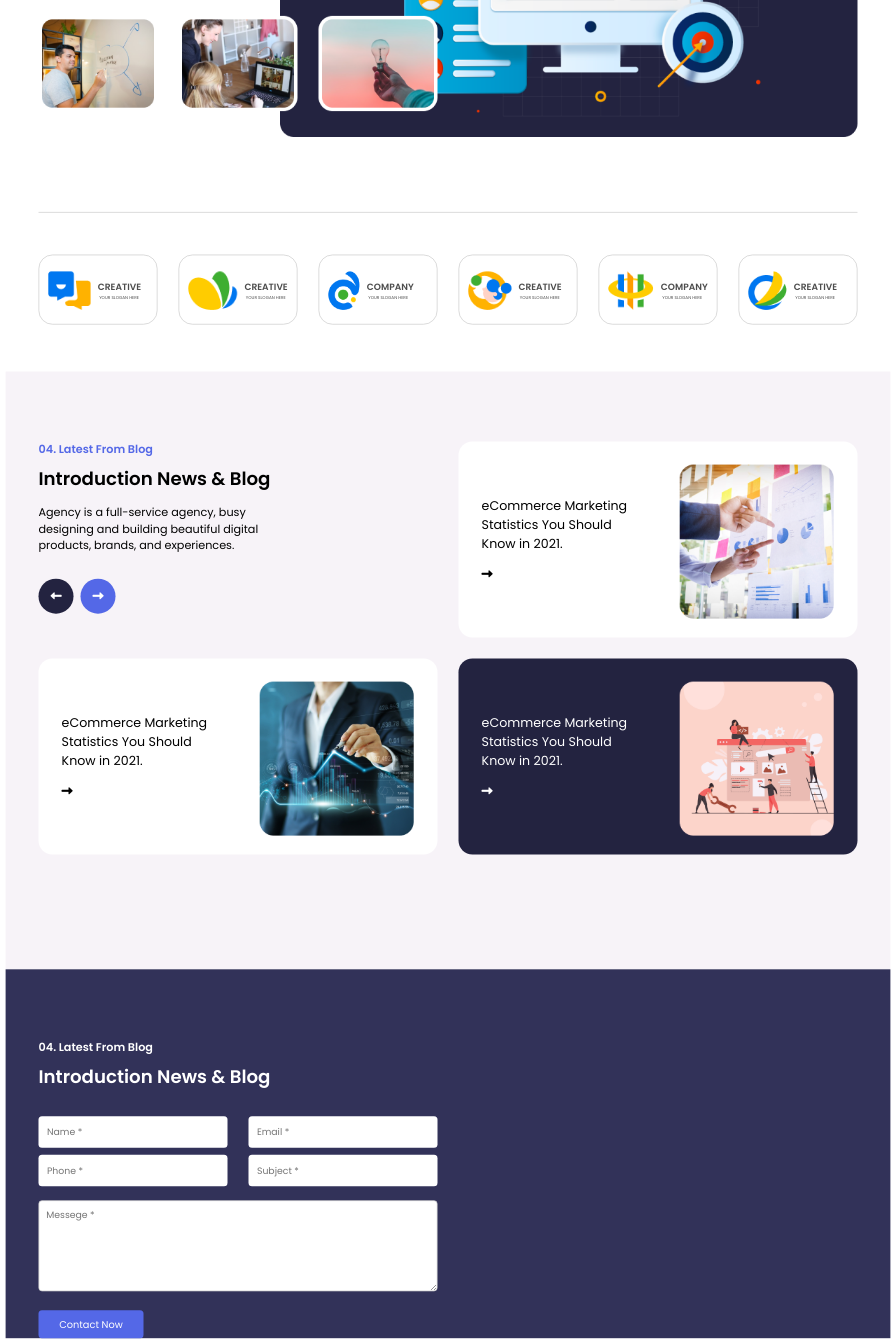
Repository: tranchi0120/LangdingPage-Htmlcss-Ago
Page: index.html
These files come from the project's save history. The page is drawn as it stood at one moment and after the next save; the edit follows.
The browser window is 1280 px wide. The pictures show the part of the page from y = 2964 to 4884 px (the page is 4884 px tall), at 70% of full size.
Some web libraries are served in a nearby version. The style sheet was rebuilt from its Sass, Less or Tailwind sources for each picture, by a compiler version that may differ from the author's.

Above is the page before, as saved 2022-07-15 10:34:12.

### index.html
<!DOCTYPE html>
<html lang="en">

<head>
    <meta charset="UTF-8" />
    <meta http-equiv="X-UA-Compatible" content="IE=edge" />
    <meta name="viewport" content="width=device-width, initial-scale=1.0" />
    <title>Ago</title>
    <!-- css -->
    <link rel="stylesheet" href="./css/app.css" />
    <!-- google font  -->
    <link rel="preconnect" href="https://fonts.googleapis.com" />
    <link rel="preconnect" href="https://fonts.gstatic.com" crossorigin />
    <link href="https://fonts.googleapis.com/css2?family=Poppins:wght@400;600&display=swap" rel="stylesheet" />
    <!-- google icon awaresome -->
    <link rel="stylesheet" href="https://cdnjs.cloudflare.com/ajax/libs/font-awesome/6.1.1/css/all.min.css">
    <!-- sass ./sass/app.scss ./css/app.css --watch -->
</head>

<body>
    <header class="header">
        <div class="header-top container">
            <span class="header-top-title">
                Welcome to Ago! Building Creative Business Agency
            </span>
            <div class="header-top-right">
                <div class="header-login">
                    <i class="fa-solid fa-user"></i>
                    <a href="#!" style="color:#666666">Login</a>
                </div>
                <div class="header-nation">
                    <i class="fa-solid fa-globe"></i>
                    <span class="header-language">English</span>
                    <i class="fa-solid fa-angle-down"></i>
                </div>
            </div>
        </div>
        <div class="header-line">
        </div>
        <div class="header-under container">
            <div class="header-under-logo">
                <div class="header-under-image">
                    <img class="header-under-img" src="./images/logo.png" alt="#">
                </div>
                <span class="header-under-name">Ago</span>
            </div>
            <div class="header-menu">
                <ul class="menu">
                    <li class="menu-item">
                        <a href="#" class="menu-link">Home</a>
                    </li>
                    <li class="menu-item">
                        <a href="#" class="menu-link">Features</a>
                        <i class="fa-solid fa-angle-down"></i>
                    </li>
                    <li class="menu-item">
                        <a href="#" class="menu-link">Services</a>
                    </li>
                    <li class="menu-item">
                        <a href="#" class="menu-link">Pages</a>
                    </li>
                    <li class="menu-item">
                        <a href="#" class="menu-link">Blog</a>
                    </li>
                    <li class="menu-item">
                        <a href="#" class="menu-link">Support</a>
                    </li>
                </ul>
                <div class="menu-button">
                    <i class="fa-solid fa-magnifying-glass menu-icon"></i>
                    <div class="button">Contact Us</div>
                </div>
            </div>
        </div>
    </header>
    <main>
        <section class="hero">
            <div class="container">
                <div class="hero-main">
                    <div class="hero-left">
                        <div class="hero-title">
                            Trusted Professional Service.
                        </div>
                        <span class="hero-content">
                            Ago is a full-service agency, busy designing and building beautiful digital products,
                            brands, and
                            experiences.
                        </span>
                        <div class="hero-button">
                            <div class="button">Recent Work</div>
                        </div>
                        <div class="hero-down">
                            <div class="hero-icondown">
                                <i style="color:#ffffff ;" class="fa-solid fa-arrow-down"></i>
                            </div>
                            <p class="hero-scroll">
                                Scroll Down
                            </p>
                        </div>
                    </div>
                    <div class="hero-right">
                        <img src="./images/hero.png" alt="#">
                    </div>
                </div>
            </div>
        </section>
        <section class="about">
            <div class="container">
                <div class="about-main">
                    <div class="about-images">
                        <img src="./images/about1.png" alt="#" class="about-img1">
                        <img src="./images/about2.png" alt="#" class="about-img2">
                        <img src="./images/about3.png" alt="#" class="about-img3">
                    </div>
                    <div class="about-us">
                        <h5 class="about-number">
                            01. About Us
                        </h5>
                        <div class="about-title">
                            We Make Designs that Lead and Inpire.
                        </div>
                        <div class="about-name">
                            A design team building a created
                            marketplace for UI designers.
                        </div>
                        <div class="about-content">
                            2,360 curated design resources to energize your creative workflow. We're a growing family of
                            682,268 designers and makers from around the world
                        </div>
                        <div class="menu-button">
                            <div class="button">Contact Us</div>
                        </div>
                    </div>
                </div>
            </div>
        </section>
        <section class="interactive">
            <div class="container">
                <div class="interactive-main">
                    <h5 class="interactive-number">
                        02. What We Do
                    </h5>
                    <div class="interactive-title">
                        <span class="interactive-name">
                            We Make Designs that Lead and Inpire.
                        </span>
                        <i class="fa-solid fa-left-long interactive-iconleft"></i>
                        <i class="fa-solid fa-right-long"></i>
                    </div>
                    <div class="interactive-group">
                        <div class="interactive-box">
                            <div class="row-circle">
                                <img class="row-img" src="./images/row1.png" alt="#">
                                <h2 class="row-number">
                                    26k
                                </h2>
                                <span class="row-title">
                                    Happy Clients
                                </span>
                            </div>
                            <div class="row-circle2">
                                <img class="row-img" src="./images/row2.png" alt="#">
                                <h2 class="row-number2">
                                    76k
                                </h2>
                                <span class="row-title2">
                                    Project Done
                                </span>
                                <span class="row-content2">
                                    Lorem ipsum dolor sit amet, consectetur adipiscing elit. Mauris sapien egestas augue
                                    enim amet scelerisque.
                                </span>
                            </div>
                            <div class="row-circle">
                                <img class="row-img" src="./images/row3.png" alt="#">
                                <h2 class="row-number">
                                    20k
                                </h2>
                                <span class="row-title">
                                    AWARDS WON
                                </span>
                            </div>
                            <div class="row-circle">
                                <img class="row-img" src="./images/row4.png" alt="#">
                                <h2 class="row-number">
                                    20k
                                </h2>
                                <span class="row-title">
                                    DAILY DATA INPUT
                                </span>
                            </div>
                        </div>
                    </div>
                </div>
            </div>
        </section>
        <section class="service">
            <div class="container">
                <h5 class="service-number">
                    03. Our Services
                </h5>
                <div class="service-title">
                    <span class="service-name">
                        Welcome to Our Professional Service
                    </span>
                </div>
                <div class="service-main">
                    <div class="service-left">
                        <h2 class="service-left-title">
                            Professional Website
                            Design Consulting
                        </h2>
                        <p class="service-left-content">
                            Agency is a full-service agency, busy designing and building beautiful digital products,
                            brands, and experiences.
                        </p>
                        <div class="menu-button">
                            <div class="button">View Detail</div>
                        </div>
                        <div class="service-left-images">
                            <img src="./images/service1.png" alt="#" class="service-left-img">
                            <img src="./images/service2.png" alt="#" class="service-left-img">
                            <img src="./images/service3.png" alt="#" class="service-left-img">
                        </div>
                    </div>
                    <div class="service-right">
                        <img src="./images/service4.png" alt="#" class="service-right-img">
                    </div>
                </div>
                <div class="service-bottom">
                    <div class="service-box">
                        <div class="service-box-imgs">
                            <img src="./images/logo1.png" alt="#" class="service-box-img">
                        </div>
                        <div class="service-box-text">
                            <h2 class="service-box-title">CREATIVE</h2>
                            <p class="service-box-slogan">YOUR SLOGAN HERE</p>
                        </div>
                    </div>
                    <div class="service-box">
                        <div class="service-box-imgs">
                            <img src="./images/logo2.png" alt="#" class="service-box-img">
                        </div>
                        <div class="service-box-text">
                            <h2 class="service-box-title">CREATIVE</h2>
                            <p class="service-box-slogan">YOUR SLOGAN HERE</p>
                        </div>
                    </div>
                    <div class="service-box">
                        <div class="service-box-imgs">
                            <img src="./images/logo3.png" alt="#" class="service-box-img">
                        </div>
                        <div class="service-box-text">
                            <h2 class="service-box-title">COMPANY</h2>
                            <p class="service-box-slogan">YOUR SLOGAN HERE</p>
                        </div>
                    </div>
                    <div class="service-box">
                        <div class="service-box-imgs">
                            <img src="./images/logo4.png" alt="#" class="service-box-img">
                        </div>
                        <div class="service-box-text">
                            <h2 class="service-box-title">CREATIVE</h2>
                            <p class="service-box-slogan">YOUR SLOGAN HERE</p>
                        </div>
                    </div>
                    <div class="service-box">
                        <div class="service-box-imgs">
                            <img src="./images/logo5.png" alt="#" class="service-box-img">
                        </div>
                        <div class="service-box-text">
                            <h2 class="service-box-title">COMPANY</h2>
                            <p class="service-box-slogan">YOUR SLOGAN HERE</p>
                        </div>
                    </div>
                    <div class="service-box">
                        <div class="service-box-imgs">
                            <img src="./images/logo6.png" alt="#" class="service-box-img">
                        </div>
                        <div class="service-box-text">
                            <h2 class="service-box-title">CREATIVE</h2>
                            <p class="service-box-slogan">YOUR SLOGAN HERE</p>
                        </div>
                    </div>
                </div>
            </div>
        </section>
        <section class="latest">
            <div class="container">
                <div class="latest-main">
                    <div class="latest-group">
                        <h5 class="latest-number">
                            04. Latest From Blog
                        </h5>
                        <span class="latest-title">
                            Introduction News & Blog
                        </span>
                        <p class="latest-content">
                            Agency is a full-service agency, busy designing and building beautiful digital products,
                            brands, and experiences.
                        </p>
                        <div class="latest-icon">
                            <div class="latest-icon-left">
                                <i class="fa-solid fa-left-long"></i>
                            </div>
                            <div class="latest-icon-right">
                                <i class="fa-solid fa-right-long"></i>
                            </div>
                        </div>
                    </div>
                    <div class="latest-groups">
                        <div class="latest-box">
                            <p class="latest-text">
                                eCommerce Marketing
                                Statistics You Should
                                Know in 2021.
                            </p>
                            <i class="fa-solid fa-right-long"></i>
                        </div>
                        <div class="latest-image">
                            <img src="./images/latest1.png" alt="#" class="latest-img">
                        </div>
                    </div>
                    <div class="latest-groups">
                        <div class="latest-box">
                            <p class="latest-text">
                                eCommerce Marketing
                                Statistics You Should
                                Know in 2021.
                            </p>
                            <i class="fa-solid fa-right-long"></i>
                        </div>
                        <div class="latest-image">
                            <img src="./images/latest2.png" alt="#" class="latest-img">
                        </div>
                    </div>
                    <div class="latest-groups3">
                        <div class="latest-box3">
                            <p class="latest-text3">
                                eCommerce Marketing
                                Statistics You Should
                                Know in 2021.
                            </p>
                            <i class="fa-solid fa-right-long"></i>
                        </div>
                        <div class="latest-image">
                            <img src="./images/latest3.png" alt="#" class="latest-img">
                        </div>
                    </div>
                </div>
            </div>
        </section>
        <section class="contact">
            <div class="container">
                <!-- <img class="contact-background" src="./images/background.png" alt="#"> -->
                <div class="contact-main">

                    <h5 class="contact-number">
                        04. Latest From Blog
                    </h5>
                    <span class="contact-title">
                        Introduction News & Blog
                    </span>
                    <div class="contact-import">
                        <input class="contact-input" type="text" placeholder="Name *">
                        <input class="contact-input" type="text" placeholder="Email *">
                        <input class="contact-input" type="text" placeholder="Phone *">
                        <input class="contact-input" type="text" placeholder="Subject *">
                    </div>
                    <textarea class="contact-textarea" name="text" id="#" cols="30" rows="10"
                        placeholder="Messege *"></textarea>
                    <div class="menu-button">
                        <div class="button">Contact Now</div>
                    </div>
                </div>
            </div>
        </section>
    </main>
    <footer>
    </footer>
</body>

</html>

### sass/app.scss
@import "global";
@import "header";
@import "menu";
@import "variable";
@import "hero";
@import "about";
@import "interactive";
@import "row";
@import "service";
@import "latest";
@import "contact";

### sass/_global.scss
.container {
    max-width: 1170px;
    margin: 0 auto;
}
.body {
    background: #ffffff;
}
* {
    box-sizing: border-box;
    font-family: "Poppins", sans-serif;
}
a {
    text-decoration: none;
}
ul {
    list-style-type: none !important;
}
.button {
    border: none;
    padding: auto;
    width: 150px;
    background: #5468e7;
    height: 40px;
    text-align: center;
    justify-content: center;
    padding: 7px;
    border-radius: 5px;
    color: white;
    font-size: 14px;
    line-height: 21px;
    padding: 10px;
}

### sass/_header.scss
.header {
    &-top {
        max-width: 1170px;
        margin: 0 auto;
        color: #666666;
        display: flex;
        justify-content: space-between;
        align-items: center;
        padding: 10px;
        &-right {
            display: flex;
            gap: 20px;
        }
    }
    &-line {
        width: 100%;
        height: 1px;
        background-color: #c7c2c2;
    }
    &-under {
        height: 96px;
        display: flex;
        gap: 0 85px;
        align-items: center;
        &-logo {
            display: flex;
        }
        &-image {
            width: 52.5px;
            height: 60px;
        }
        &-img {
            width: 100%;
        }
        &-name {
            padding: 10px;
            line-height: 39px;
            font-weight: 600;
            font-size: 26px;
            color: #000000;
        }
    }
    &-menu {
        gap: 195px;
        display: flex;
    }
}

### sass/_menu.scss
.menu {
    height: 24px;
    width: 550px;
    display: flex;
    justify-content: space-between;
    align-items: center;
    // gap: 40px;
    &-button {
        display: flex;
        gap: 29px;
    }
    &-icon {
        width: 18px;
        display: inline-block;
        padding-top: 15px;
        color: #666666;
    }

    &-link {
        color: #000000;
        font-weight: 400;
        font-size: 16px;
        line-height: 24px;
    }
}

### sass/_variable.scss
$font: "Poppins", sans-serif;
$color1: #232340;
$color2: #323259;
$color-btn: #5468e7;
$black: #222222;
$white: #ffffff;

### sass/_hero.scss
.hero {
    height: 800px;
    margin-top: 55px;
    &-main {
        display: flex;

        align-items: center;
    }
    &-title {
        width: 260px;
        line-height: 60px;
        font-weight: 600;
        font-size: 40px;
        margin-bottom: 23px;
    }
    &-content {
        height: 46px;
        width: 317px;
        font-weight: 400;
        font-size: 16px;
        display: inline-block;
        margin-bottom: 60px;
        margin-right: 147px;
    }
    &-down {
        margin-top: 114px;
        display: flex;
        gap: 9px;
    }
    &-icondown {
        border-radius: 50%;
        width: 45px;
        height: 45px;
        text-align: center;
        padding: 13px;
        background: #c897e4;
    }
}

### sass/_interactive.scss
.interactive {
    background: #f7f3f8;
    height: 752px;
    &-number {
        margin-bottom: 10px;
        margin-top: 100px;
        display: inline-block;
        color: #5468e7;
        font-size: 16px;
        line-height: 24px;
        font-weight: 600;
    }
    &-name {
        display: inline-block;
        line-height: 39px;
        font-size: 26px;
        font-weight: 600;
        margin-bottom: 75px;
    }
    &-iconleft {
        margin-right: 19px;
        margin-left: 594px;
    }
    &-box {
        max-height: 360px;
        background: white;
        display: grid;
        grid-template-columns: repeat(4, 1fr) !important;
        border-radius: 30px;
    }
}

### sass/_contact.scss
.contact {
    background: #323259;
    &-main {
        padding-top: 100px;
        margin: 0 auto;
    }

    &-number {
        margin-bottom: 10px;
        margin-top: 0;
        font-weight: 600;
        line-height: 24px;
        color: white;
        font-size: 16px;
    }
    &-title {
        display: block;
        font-size: 26px;
        line-height: 39px;
        font-weight: 600;
        margin-bottom: 25px;
        color: white;
        margin-bottom: 37px;
    }
    &-input {
        padding: 12px;
        border-radius: 5px;
        height: 45px;
        width: 270px;
        border: none;
    }
    &-import {
        width: 570px;
        display: grid;
        grid-template-columns: repeat(2, 1fr);
        gap: 10px 30px;
    }
    &-textarea {
        padding: 10px;
        border-radius: 5px;
        border: 1px solid #cccccc;
        height: 130px;
        width: 570px;
        margin-top: 20px;
        margin-bottom: 20px;
    }
}

Loaded but not shown: sass/_service.scss (94 lines, source omitted); sass/_latest.scss (87 lines, source omitted); sass/_about.scss (57 lines, source omitted); sass/_row.scss (51 lines, source omitted)

After the next save:
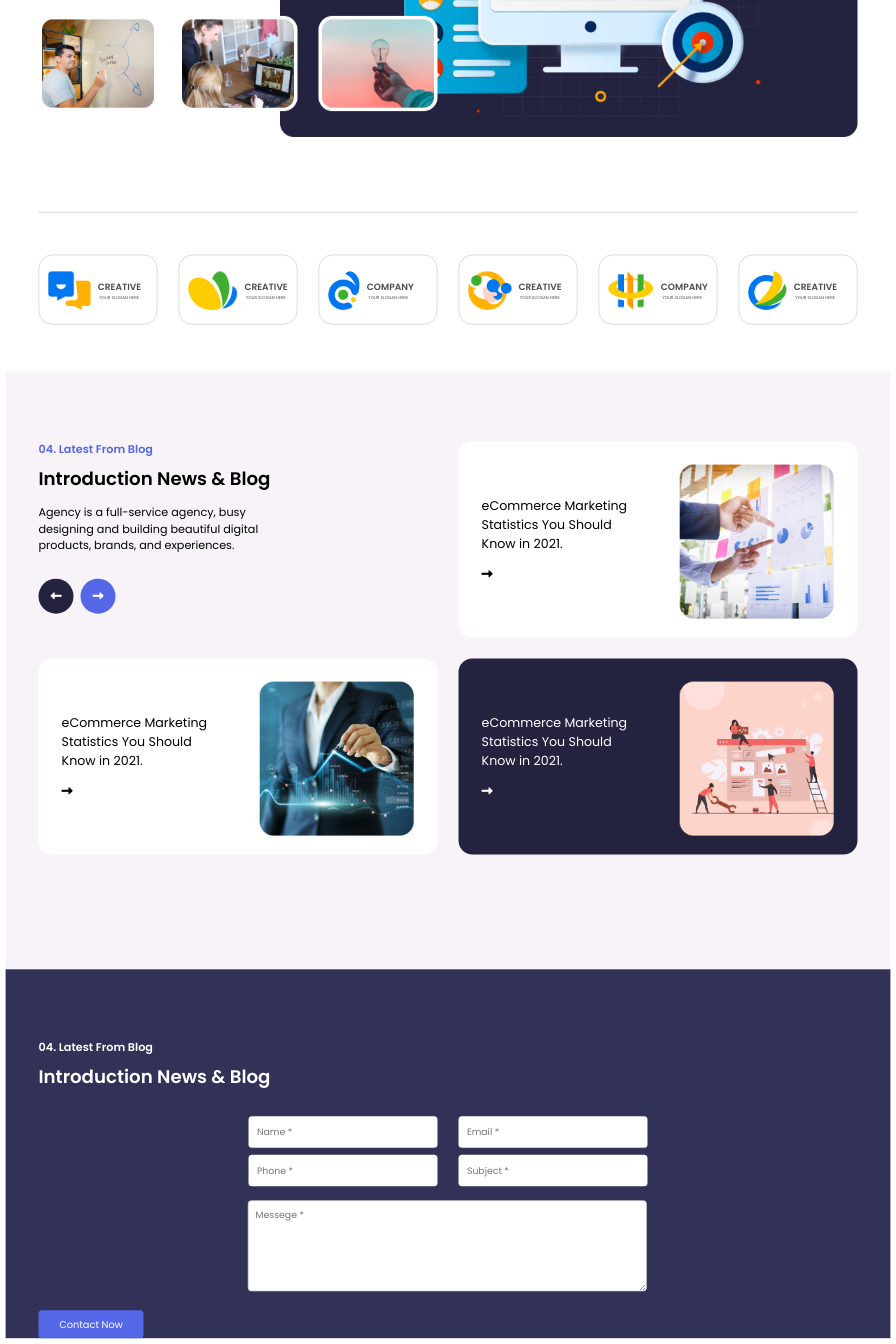
Saved 92 s later.
--- a/sass/_contact.scss
+++ b/sass/_contact.scss
@@ -30,6 +30,7 @@
         border: none;
     }
     &-import {
+        margin: 0 auto;
         width: 570px;
         display: grid;
         grid-template-columns: repeat(2, 1fr);
@@ -43,5 +44,6 @@
         width: 570px;
         margin-top: 20px;
         margin-bottom: 20px;
+        margin: 20px 299px;
     }
 }
